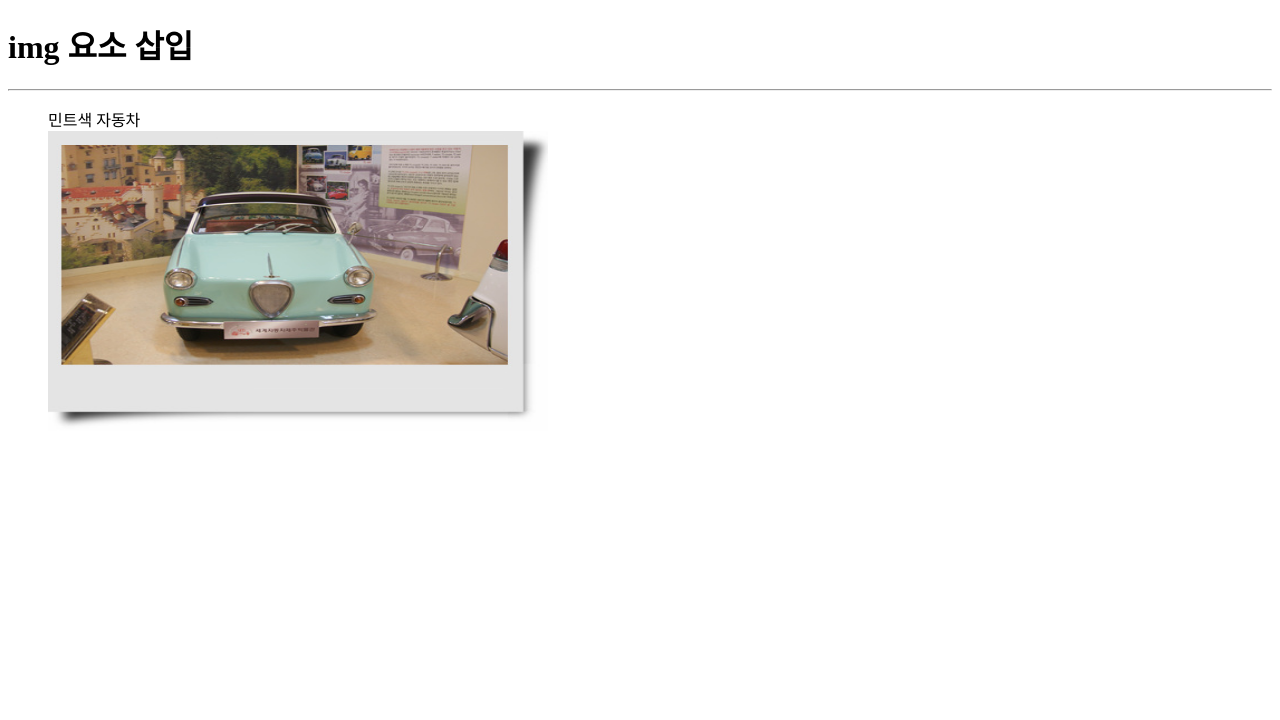
Repository: ghkdtpehd/java_html
Page: 01_HTML/src/main/webapp/Ex03.html
The author's editor kept a copy of each file at every save. The page is drawn from the files as they stood at one save, then again after the next save.
The browser window is 1280 px wide. The pictures show the whole page.

Above is the page before, as saved 2021-06-28 01:38:29.

### 01_HTML/src/main/webapp/Ex03.html
<!DOCTYPE html>
<html>
<head>
<meta charset="UTF-8">
<title>Ex03</title>
</head>
<body>
	<h1>img 요소 삽입</h1>
	<hr>

	<div>
		<figure>
			<figcaption>민트색 자동차</figcaption>
			<img src="images/car/car2.jpg" alt="민트차" width="500" height="300" title="박람회에 출품된 차">
		</figure>
	</div>
</body>
</html>

After the next save:
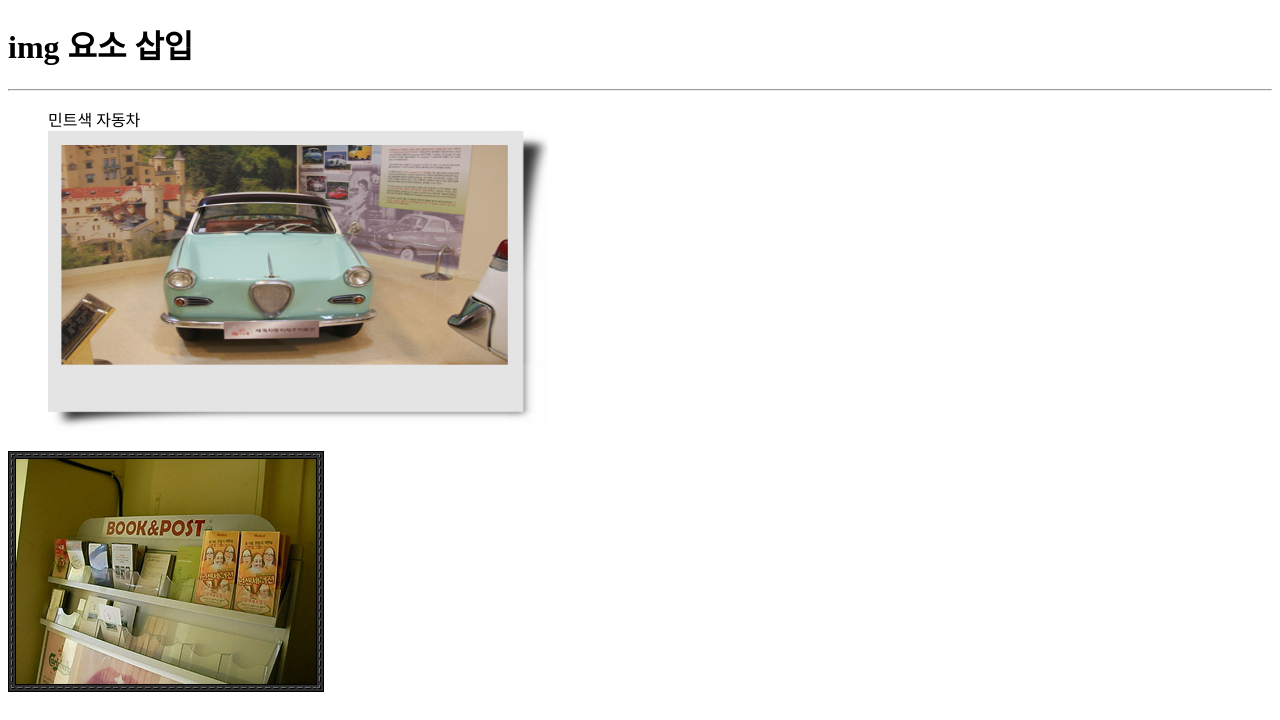
Saved 60 s later.
--- a/01_HTML/src/main/webapp/Ex03.html
+++ b/01_HTML/src/main/webapp/Ex03.html
@@ -13,6 +13,7 @@
 			<figcaption>민트색 자동차</figcaption>
 			<img src="images/car/car2.jpg" alt="민트차" width="500" height="300" title="박람회에 출품된 차">
 		</figure>
+		<img alt="" src="images/book.jpg">
 	</div>
 </body>
 </html>
